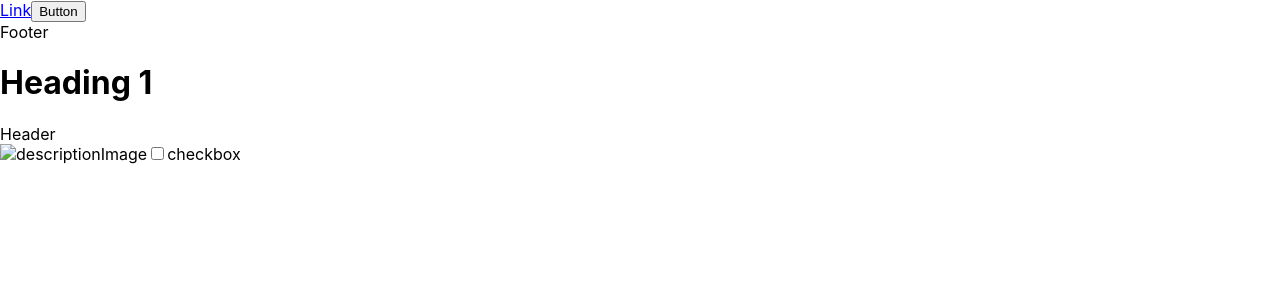
Repository: AiTrinh303/Jest_Sample
Page: / (app in small-test/)
These files come from the project's save history. The page is drawn as it stood at one moment and after a run of saves; the edit follows.
The browser window is 1280 px wide. The pictures show the whole page.
The project was rebuilt for these pictures with package versions that can differ from the ones it lists, and the page was loaded fresh each time.

Above is the page before, as saved 2024-11-25 20:46:06.

After the next 3 saves:
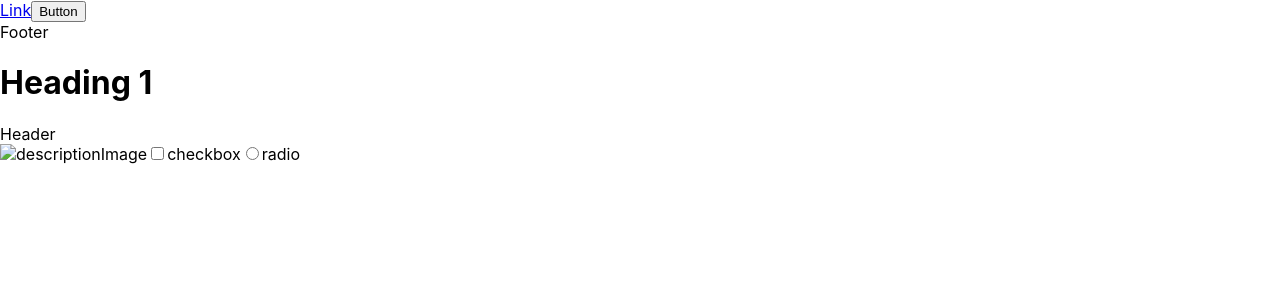
The 3 saves are shown as one change because they came seconds apart.
The last was saved 9 s later.
--- a/small-test/src/App.js
+++ b/small-test/src/App.js
@@ -9,6 +9,7 @@ function App() {
       <header>Header</header>
       <img alt="description"/>Image
       <input type="checkbox"/>checkbox
+      <input type="radio"/>radio
     </div>
   );
 }
